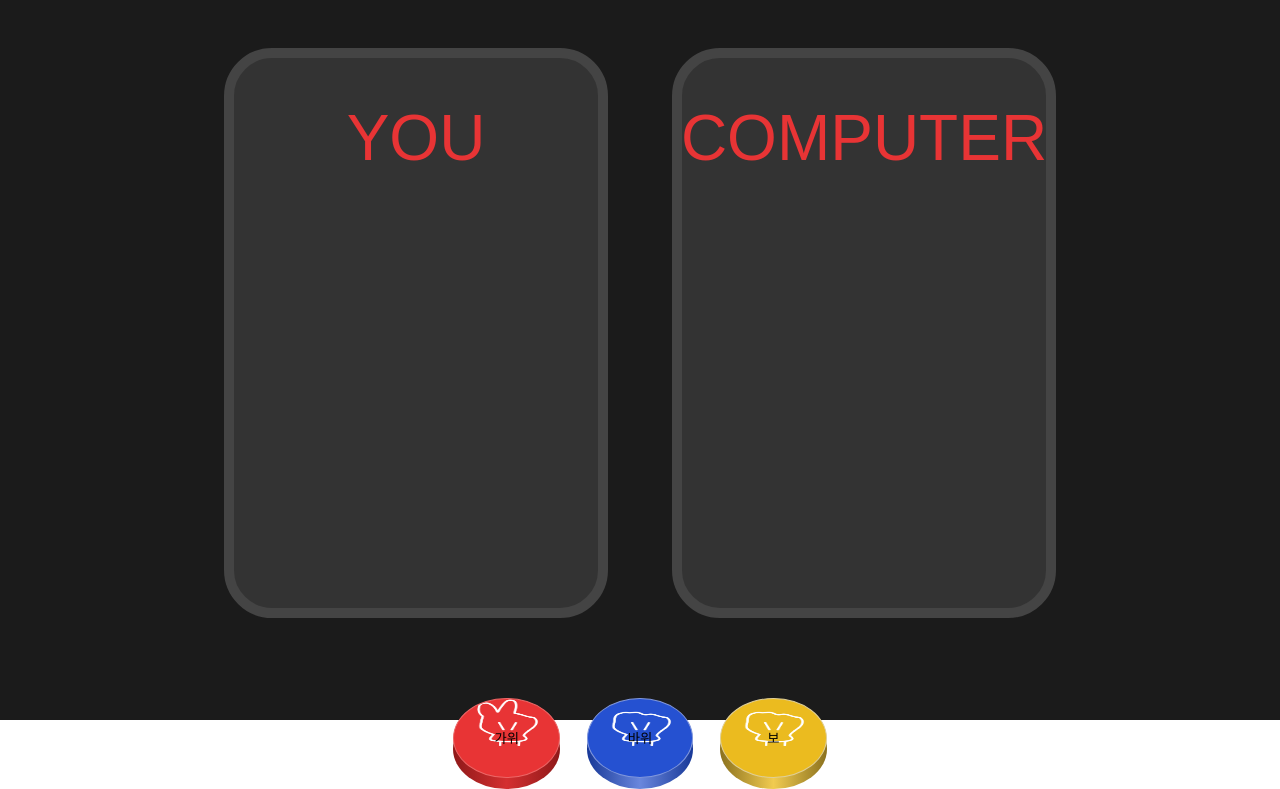
Repository: KIMMIHYE12/classComponent
Page: /
The author's editor kept a copy of each file at every save. The page is drawn from the files as they stood at one save, then again after the next save.
The browser window is 1280 px wide. The pictures show the whole page.
Some web fonts or font styles are not loaded; a fallback is used. The project was rebuilt for these pictures with package versions that can differ from the ones it lists, and the page was loaded fresh each time.

Above is the page before, as saved 2024-03-19 23:53:12.

After the next save:
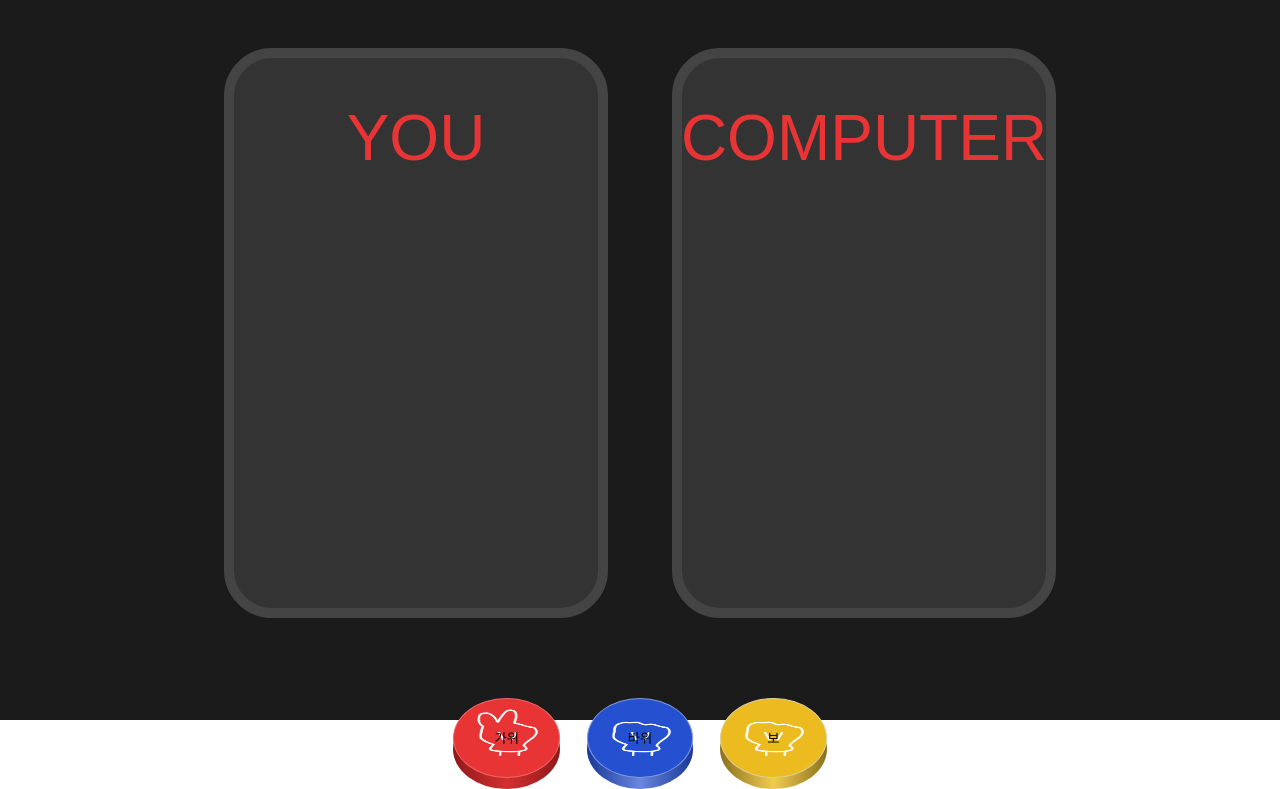
Saved 24 s later.
--- a/src/App.css
+++ b/src/App.css
@@ -89,7 +89,7 @@ img {
   background-image: url(/public/images/btn_rock.png);
   background-repeat: no-repeat;
   background-size: 80% 60%;
-  background-position: top center;
+  background-position: top 10px center;
 }
 
 .btn_wrap button.scissors {
